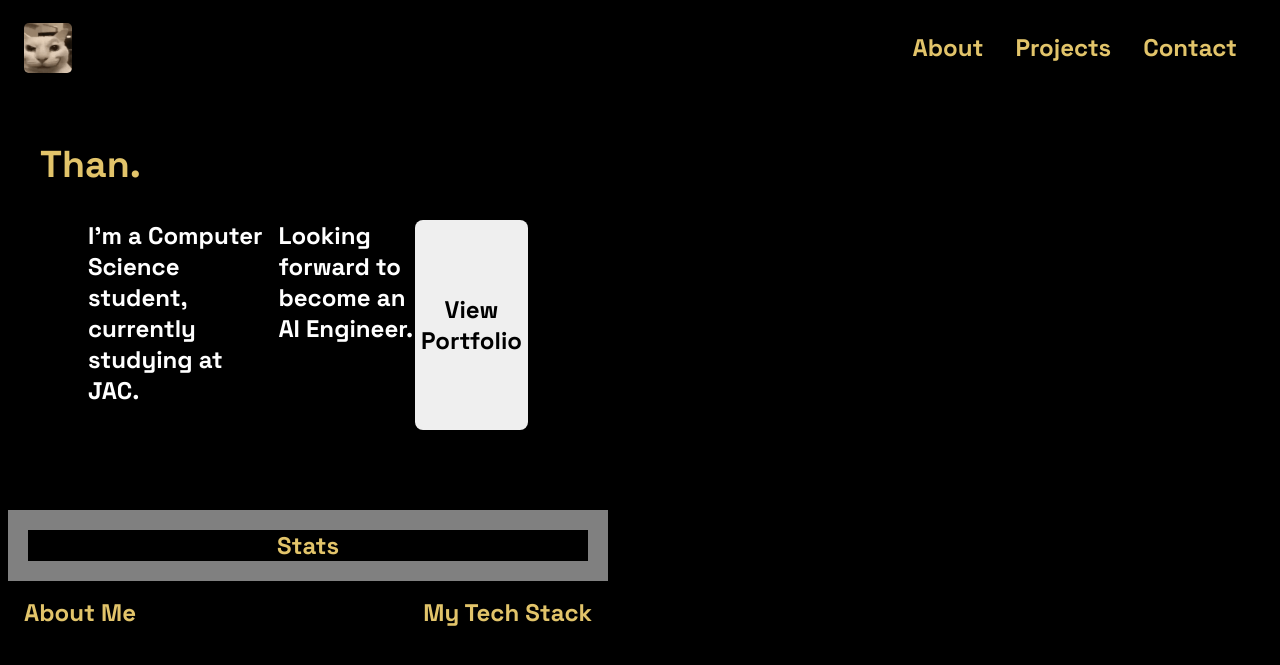
Repository: Than-dot/Than-dot
Page: index.html
The author's editor kept a copy of each file at every save. The page is drawn from the files as they stood at one save, then again after a run of saves.
The browser window is 1280 px wide. The pictures show the whole page.

Above is the page before, as saved 2026-05-06 12:31:16.

### index.html
<!doctype html>
<html lang="en">
  <head>
    <meta charset="UTF-8" />
    <meta name="viewport" content="width=device-width, initial-scale=1.0" />
    <title>Than</title>
    <link rel="stylesheet" href="styles/global.css" />
    <link rel="stylesheet" href="styles/index.css" />
  </head>

  <body>
    <header>
      <nav>
        <img src="./assets/images/uncanny-cat-freaky.png" alt="cat" />
        <ul class="nav-center">
          <li>About</li>
          <li>Projects</li>
          <li>Contact</li>
        </ul>
      </nav>
    </header>
    <main>
      <section class="container1">
        <article class="f-art"><h1>Than.</h1></article>
        <aside class="f-asi">
          <p>I'm a Computer Science student, currently studying at JAC.</p>
          <p>Looking forward to become an AI Engineer.</p>
          <button>View Portfolio</button>
        </aside>
        <article class="stats">Stats</article>
      </section>
    </main>
    <section class="container2">
      <aside class="s-asi">About Me</aside>
      <article class="s-art">My Tech Stack</article>
    </section>
  </body>
</html>

### styles/global.css
@font-face {
  font-family: Space-Grotesk;
  src: url(/assets/font/Space_Grotesk/SpaceGrotesk-VariableFont_wght.ttf);
}

body {
  font-family: Space-Grotesk, sans-serif;
  font-weight: bold;
  font-size: 1.5rem;
}

button {
  font-family: Space-Grotesk, sans-serif;
  font-weight: bold;
  font-size: 1.5rem;
}

.f-art {
  font-size: 2rem;
}

### styles/index.css
body {
  width: 100%;
  max-width: 600px;
  background-color: black;
  color: #e2c46a;
}
.container1 {
  display: flex;
  flex-direction: column;
}

.f-art {
  margin: 2rem;
  margin-top: 1rem;
}

.f-asi {
  display: grid;
  margin-top: 0;
  justify-content: space-between;
}

p {
  margin: 0;
  margin-bottom: 1.5rem;
  color: white;
}

.stats {
  border: 20px solid grey;
  text-align: center;
}

.s-art {
}

.s-asi {
}

.container2 {
  display: flex;
  flex-direction: row;
  justify-content: space-between;
  margin: 1rem;
}

button {
  border-radius: 8px;
  border: none;
}

button:hover {
  box-shadow: 0 6px 12px rgba(0, 0, 0, 0.15);
}

img {
  height: 50px;
  width: auto;
  margin-left: 1rem;
  border-radius: 10%;
}

.nav-center {
  display: flex;
  gap: 32px;
  list-style: none;
  margin-left: 10rem;
}

nav {
  align-items: center;
  display: flex;
  border: white;
}

h1 {
  margin-bottom: 0;
}

@media screen and (min-width: 700px) {
  body {
    width: 100%;
  }
  .nav-center {
    display: flex;
    gap: 32px;
    list-style: none;
    margin-left: 50rem;
  }
  .f-asi {
    display: grid;
    margin-top: 0;
    justify-content: space-between;
  }
  .f-asi {
    display: flex;
    margin: 5rem;
    margin-top: 0;
    justify-content: space-between;
  }
}

After the next 3 saves:
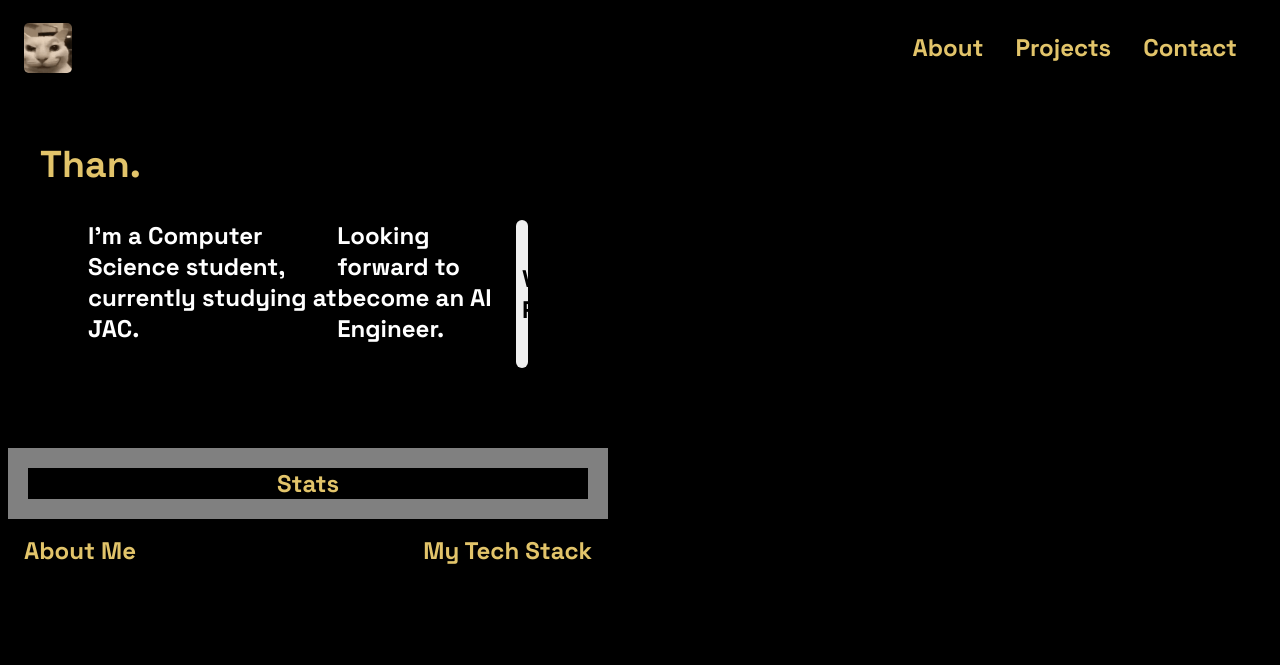
The 3 saves are shown as one change because they came seconds apart.
The last was saved 32 s later.
--- a/styles/index.css
+++ b/styles/index.css
@@ -47,6 +47,7 @@ p {
 button {
   border-radius: 8px;
   border: none;
+  max-width: 5px;
 }
 
 button:hover {
